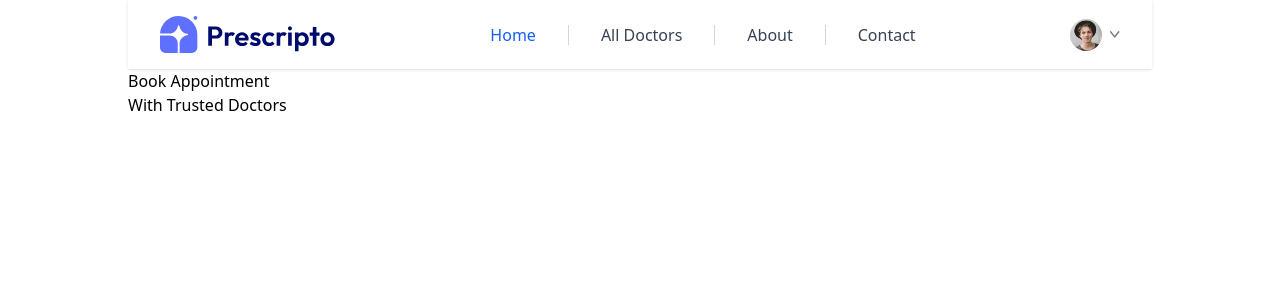
Repository: Pran2535/appointement_booking
Page: / (app in frontend/)
An editor plug-in stored every save of this project. The page is shown before and after the next save, followed by the edit.
The browser window is 1280 px wide. The pictures show the whole page.
The project was rebuilt for these pictures with package versions that can differ from the ones it lists, and the page was loaded fresh each time. Also part of the build but not shown: frontend/vite.config.js, frontend/src/pages/About.jsx, frontend/src/pages/MyAppointments.jsx, frontend/src/pages/Doctors.jsx, frontend/src/pages/Login.jsx, frontend/src/pages/Contact.jsx, frontend/src/pages/MyProfile.jsx, frontend/src/pages/Appointment.jsx.

Above is the page before, as saved 2025-02-16 20:49:17.

### frontend/index.html
<!doctype html>
<html lang="en">
  <head>
    <meta charset="UTF-8" />
    <link rel="icon" type="image/svg+xml" href="/vite.svg" />
    <meta name="viewport" content="width=device-width, initial-scale=1.0" />
    <title>Mishra healthcare</title>
  </head>
  <body>
    <div id="root"></div>
    <script type="module" src="/src/main.jsx"></script>
  </body>
</html>

### frontend/src/main.jsx
import { StrictMode } from 'react'
import { createRoot } from 'react-dom/client'
import './index.css'
import App from './App.jsx'
import { BrowserRouter } from 'react-router-dom'

createRoot(document.getElementById('root')).render(
<BrowserRouter>
    <App />
  </BrowserRouter>,
)

### frontend/src/App.jsx
import React from 'react'
import { Route, Routes } from 'react-router-dom'
import Home from './pages/Home'
import About from './pages/About'
import MyAppointments from './pages/MyAppointments'
import Doctors from './pages/Doctors'
import Login from './pages/Login'
import Contact from './pages/Contact'
import MyProfile from './pages/MyProfile'
import Appointment from './pages/Appointment'
import Navbar from './components/Navbar'

const App = () => {
  return (
    <div className='mx-4 sm:mx-[10%]'>
      <Navbar/>{ /* mounted navbar component before routes so that it gets displayed over the all routes */}
      <Routes>
        <Route path='/' element={<Home />} />
        <Route path='/about' element={<About />} />
        <Route path='/my-appointments' element={<MyAppointments />} />
        <Route path='/doctors' element={<Doctors/>}/>
        <Route path='/doctors/:speciality' element={<Doctors/>}/>
        <Route path ='/login' element={<Login/>}/>
        <Route path='/contact' element={<Contact/>}/>
        <Route path ='/my-profile' element={<MyProfile/>}/>
        <Route path ='/appointments/:docId' element={<Appointment/>}/>
      </Routes>
    </div>
  )
}

export default App

### frontend/src/pages/Home.jsx
import React from 'react'
import Header from '../components/Header'

const Home = () => {
  return (
    <div>
      <Header/>
    </div>
  )
}

export default Home

### frontend/src/components/Navbar.jsx
import React, { useState } from 'react'
import { NavLink, useNavigate } from 'react-router-dom'
import { assets } from '../assets/assets'

const links = [
  { to: '/', label: 'Home' },
  { to: '/doctors', label: 'All Doctors' },
  { to: '/about', label: 'About' },
  { to: '/contact', label: 'Contact' }
]

const Navbar = () => {
  const navigate = useNavigate();
  const [showMenu, setShowMenu]=useState(false);
  const [token,setToken]=useState(true);


  return (
    <nav className="sticky top-0 bg-white shadow-sm z-50">
      <div className="max-w-7xl mx-auto px-4 sm:px-6 lg:px-8 py-4 flex items-center justify-between">
        {/* Logo */}
        <div className="flex-shrink-0">
          <img
            className="w-32 md:w-40 lg:w-44 h-auto cursor-pointer transition-transform hover:scale-105"
            src={assets.logo}
            alt="Company Logo"
          />
        </div>

        {/* Navigation Links */}
        <div className="hidden md:block">
          <ul className="flex items-center space-x-8">
            {links.map((l, i) => (
              <React.Fragment key={l.to}>
                <NavLink
                  to={l.to}
                  className={({ isActive }) =>
                    `font-medium transition-colors duration-200 hover:text-blue-600 ${
                      isActive ? 'text-blue-600' : 'text-gray-700'
                    }`
                  }
                >
                  {l.label}
                </NavLink>
                {i < links.length - 1 && (
                  <div className="h-5 w-px bg-gray-300" aria-hidden="true" />
                )}
              </React.Fragment>
            ))}
          </ul>
        </div>

        {/* CTA Button */}
        <div className="flex items-center gap-4">
            {
                token?
                <div className='flex items-center gap-2 cursor-pointer group relative' >
                    <img className='w-8 rounded-full' src={assets.profile_pic} alt="" />
                    <img className='w-2.5 ' src={assets.dropdown_icon} alt="" />
                    <div className='absolute top-0 right-0 pt-14 text-base font-medium text-gray-600 z-20 hidden group-hover:block'>
                        <div className='min-w-48 bg-stone-100 rounded flex flex-col gap-4 p-4'>
                            <p onClick={()=>navigate('/my-appointments')} className='hover:text-black cursor-pointer'>My Appointments</p>
                            <p onClick={()=>navigate('/my-profile')} className='hover:text-black cursor-pointer'>My Profile</p>
                            <p onClick={()=>setToken(false)} className='hover:text-black cursor-pointer'>Logout</p>
                        </div>
                    </div>
                </div>

                :
                 <button
            onClick={() => navigate('/login')}
            className="hidden cursor-pointer md:block bg-blue-600 hover:bg-blue-700 text-white px-6 py-3 rounded-full font-semibold transition-colors duration-200 focus:outline-none focus:ring-2 focus:ring-blue-500 focus:ring-offset-2 shadow-md"
          >
            Create Account
          </button>
            }

        </div>
      </div>
    </nav>
  )
}

export default Navbar

### frontend/src/components/Header.jsx
import React from 'react'

const Header = () => {
  return (
    <div>
      {/* { left side } */}
      <div className="">
<p>Book Appointment <br /> With Trusted Doctors</p>
      </div>
{/* { right side } */}
<div className="">

</div>
    </div>
  )
}

export default Header

### frontend/src/assets/assets.js
import appointment_img from './appointment_img.png'
import header_img from './header_img.png'
import group_profiles from './group_profiles.png'
import profile_pic from './profile_pic.png'
import contact_image from './contact_image.png'
import about_image from './about_image.png'
import logo from './logo.svg'
import dropdown_icon from './dropdown_icon.svg'
import menu_icon from './menu_icon.svg'
import cross_icon from './cross_icon.png'
import chats_icon from './chats_icon.svg'
import verified_icon from './verified_icon.svg'
import arrow_icon from './arrow_icon.svg'
import info_icon from './info_icon.svg'
import upload_icon from './upload_icon.png'
import stripe_logo from './stripe_logo.png'
import razorpay_logo from './razorpay_logo.png'
import doc1 from './doc1.png'
import doc2 from './doc2.png'
import doc3 from './doc3.png'
import doc4 from './doc4.png'
import doc5 from './doc5.png'
import doc6 from './doc6.png'
import doc7 from './doc7.png'
import doc8 from './doc8.png'
import doc9 from './doc9.png'
import doc10 from './doc10.png'
import doc11 from './doc11.png'
import doc12 from './doc12.png'
import doc13 from './doc13.png'
import doc14 from './doc14.png'
import doc15 from './doc15.png'
import Dermatologist from './Dermatologist.svg'
import Gastroenterologist from './Gastroenterologist.svg'
import General_physician from './General_physician.svg'
import Gynecologist from './Gynecologist.svg'
import Neurologist from './Neurologist.svg'
import Pediatricians from './Pediatricians.svg'


export const assets = {
    appointment_img,
    header_img,
    group_profiles,
    logo,
    chats_icon,
    verified_icon,
    info_icon,
    profile_pic,
    arrow_icon,
    contact_image,
    about_image,
    menu_icon,
    cross_icon,
    dropdown_icon,
    upload_icon,
    stripe_logo,
    razorpay_logo
}

export const specialityData = [
    {
        speciality: 'General physician',
        image: General_physician
    },
    {
        speciality: 'Gynecologist',
        image: Gynecologist
    },
    {
        speciality: 'Dermatologist',
        image: Dermatologist
    },
    {
        speciality: 'Pediatricians',
        image: Pediatricians
    },
    {
        speciality: 'Neurologist',
        image: Neurologist
    },
    {
        speciality: 'Gastroenterologist',
        image: Gastroenterologist
    },
]

export const doctors = [
    {
        _id: 'doc1',
        name: 'Dr. Richard James',
        image: doc1,
        speciality: 'General physician',
        degree: 'MBBS',
        experience: '4 Years',
        about: 'Dr. Davis has a strong commitment to delivering comprehensive medical care, focusing on preventive medicine, early diagnosis, and effective treatment strategies. Dr. Davis has a strong commitment to delivering comprehensive medical care, focusing on preventive medicine, early diagnosis, and effective treatment strategies.',
        fees: 50,
        address: {
            line1: '17th Cross, Richmond',
            line2: 'Circle, Ring Road, London'
        }
    },
    {
        _id: 'doc2',
        name: 'Dr. Emily Larson',
        image: doc2,
        speciality: 'Gynecologist',
        degree: 'MBBS',
        experience: '3 Years',
        about: 'Dr. Davis has a strong commitment to delivering comprehensive medical care, focusing on preventive medicine, early diagnosis, and effective treatment strategies. Dr. Davis has a strong commitment to delivering comprehensive medical care, focusing on preventive medicine, early diagnosis, and effective treatment strategies.',
        fees: 60,
        address: {
            line1: '27th Cross, Richmond',
            line2: 'Circle, Ring Road, London'
        }
    },
    {
        _id: 'doc3',
        name: 'Dr. Sarah Patel',
        image: doc3,
        speciality: 'Dermatologist',
        degree: 'MBBS',
        experience: '1 Years',
        about: 'Dr. Davis has a strong commitment to delivering comprehensive medical care, focusing on preventive medicine, early diagnosis, and effective treatment strategies. Dr. Davis has a strong commitment to delivering comprehensive medical care, focusing on preventive medicine, early diagnosis, and effective treatment strategies.',
        fees: 30,
        address: {
            line1: '37th Cross, Richmond',
            line2: 'Circle, Ring Road, London'
        }
    },
    {
        _id: 'doc4',
        name: 'Dr. Christopher Lee',
        image: doc4,
        speciality: 'Pediatricians',
        degree: 'MBBS',
        experience: '2 Years',
        about: 'Dr. Davis has a strong commitment to delivering comprehensive medical care, focusing on preventive medicine, early diagnosis, and effective treatment strategies. Dr. Davis has a strong commitment to delivering comprehensive medical care, focusing on preventive medicine, early diagnosis, and effective treatment strategies.',
        fees: 40,
        address: {
            line1: '47th Cross, Richmond',
            line2: 'Circle, Ring Road, London'
        }
    },
    {
        _id: 'doc5',
        name: 'Dr. Jennifer Garcia',
        image: doc5,
        speciality: 'Neurologist',
        degree: 'MBBS',
        experience: '4 Years',
        about: 'Dr. Davis has a strong commitment to delivering comprehensive medical care, focusing on preventive medicine, early diagnosis, and effective treatment strategies. Dr. Davis has a strong commitment to delivering comprehensive medical care, focusing on preventive medicine, early diagnosis, and effective treatment strategies.',
        fees: 50,
        address: {
            line1: '57th Cross, Richmond',
            line2: 'Circle, Ring Road, London'
        }
    },
    {
        _id: 'doc6',
        name: 'Dr. Andrew Williams',
        image: doc6,
        speciality: 'Neurologist',
        degree: 'MBBS',
        experience: '4 Years',
        about: 'Dr. Davis has a strong commitment to delivering comprehensive medical care, focusing on preventive medicine, early diagnosis, and effective treatment strategies. Dr. Davis has a strong commitment to delivering comprehensive medical care, focusing on preventive medicine, early diagnosis, and effective treatment strategies.',
        fees: 50,
        address: {
            line1: '57th Cross, Richmond',
            line2: 'Circle, Ring Road, London'
        }
    },
    {
        _id: 'doc7',
        name: 'Dr. Christopher Davis',
        image: doc7,
        speciality: 'General physician',
        degree: 'MBBS',
        experience: '4 Years',
        about: 'Dr. Davis has a strong commitment to delivering comprehensive medical care, focusing on preventive medicine, early diagnosis, and effective treatment strategies. Dr. Davis has a strong commitment to delivering comprehensive medical care, focusing on preventive medicine, early diagnosis, and effective treatment strategies.',
        fees: 50,
        address: {
            line1: '17th Cross, Richmond',
            line2: 'Circle, Ring Road, London'
        }
    },
    {
        _id: 'doc8',
        name: 'Dr. Timothy White',
        image: doc8,
        speciality: 'Gynecologist',
        degree: 'MBBS',
        experience: '3 Years',
        about: 'Dr. Davis has a strong commitment to delivering comprehensive medical care, focusing on preventive medicine, early diagnosis, and effective treatment strategies. Dr. Davis has a strong commitment to delivering comprehensive medical care, focusing on preventive medicine, early diagnosis, and effective treatment strategies.',
        fees: 60,
        address: {
            line1: '27th Cross, Richmond',
            line2: 'Circle, Ring Road, London'
        }
    },
    {
        _id: 'doc9',
        name: 'Dr. Ava Mitchell',
        image: doc9,
        speciality: 'Dermatologist',
        degree: 'MBBS',
        experience: '1 Years',
        about: 'Dr. Davis has a strong commitment to delivering comprehensive medical care, focusing on preventive medicine, early diagnosis, and effective treatment strategies. Dr. Davis has a strong commitment to delivering comprehensive medical care, focusing on preventive medicine, early diagnosis, and effective treatment strategies.',
        fees: 30,
        address: {
            line1: '37th Cross, Richmond',
            line2: 'Circle, Ring Road, London'
        }
    },
    {
        _id: 'doc10',
        name: 'Dr. Jeffrey King',
        image: doc10,
        speciality: 'Pediatricians',
        degree: 'MBBS',
        experience: '2 Years',
        about: 'Dr. Davis has a strong commitment to delivering comprehensive medical care, focusing on preventive medicine, early diagnosis, and effective treatment strategies. Dr. Davis has a strong commitment to delivering comprehensive medical care, focusing on preventive medicine, early diagnosis, and effective treatment strategies.',
        fees: 40,
        address: {
            line1: '47th Cross, Richmond',
            line2: 'Circle, Ring Road, London'
        }
    },
    {
        _id: 'doc11',
        name: 'Dr. Zoe Kelly',
        image: doc11,
        speciality: 'Neurologist',
        degree: 'MBBS',
        experience: '4 Years',
        about: 'Dr. Davis has a strong commitment to delivering comprehensive medical care, focusing on preventive medicine, early diagnosis, and effective treatment strategies. Dr. Davis has a strong commitment to delivering comprehensive medical care, focusing on preventive medicine, early diagnosis, and effective treatment strategies.',
        fees: 50,
        address: {
            line1: '57th Cross, Richmond',
            line2: 'Circle, Ring Road, London'
        }
    },
    {
        _id: 'doc12',
        name: 'Dr. Patrick Harris',
        image: doc12,
        speciality: 'Neurologist',
        degree: 'MBBS',
        experience: '4 Years',
        about: 'Dr. Davis has a strong commitment to delivering comprehensive medical care, focusing on preventive medicine, early diagnosis, and effective treatment strategies. Dr. Davis has a strong commitment to delivering comprehensive medical care, focusing on preventive medicine, early diagnosis, and effective treatment strategies.',
        fees: 50,
        address: {
            line1: '57th Cross, Richmond',
            line2: 'Circle, Ring Road, London'
        }
    },
    {
        _id: 'doc13',
        name: 'Dr. Chloe Evans',
        image: doc13,
        speciality: 'General physician',
        degree: 'MBBS',
        experience: '4 Years',
        about: 'Dr. Davis has a strong commitment to delivering comprehensive medical care, focusing on preventive medicine, early diagnosis, and effective treatment strategies. Dr. Davis has a strong commitment to delivering comprehensive medical care, focusing on preventive medicine, early diagnosis, and effective treatment strategies.',
        fees: 50,
        address: {
            line1: '17th Cross, Richmond',
            line2: 'Circle, Ring Road, London'
        }
    },
    {
        _id: 'doc14',
        name: 'Dr. Ryan Martinez',
        image: doc14,
        speciality: 'Gynecologist',
        degree: 'MBBS',
        experience: '3 Years',
        about: 'Dr. Davis has a strong commitment to delivering comprehensive medical care, focusing on preventive medicine, early diagnosis, and effective treatment strategies. Dr. Davis has a strong commitment to delivering comprehensive medical care, focusing on preventive medicine, early diagnosis, and effective treatment strategies.',
        fees: 60,
        address: {
            line1: '27th Cross, Richmond',
            line2: 'Circle, Ring Road, London'
        }
    },
    {
        _id: 'doc15',
        name: 'Dr. Amelia Hill',
        image: doc15,
        speciality: 'Dermatologist',
        degree: 'MBBS',
        experience: '1 Years',
        about: 'Dr. Davis has a strong commitment to delivering comprehensive medical care, focusing on preventive medicine, early diagnosis, and effective treatment strategies. Dr. Davis has a strong commitment to delivering comprehensive medical care, focusing on preventive medicine, early diagnosis, and effective treatment strategies.',
        fees: 30,
        address: {
            line1: '37th Cross, Richmond',
            line2: 'Circle, Ring Road, London'
        }
    },
]

Loaded but not shown: frontend/src/index.css (common file)

After the next save:
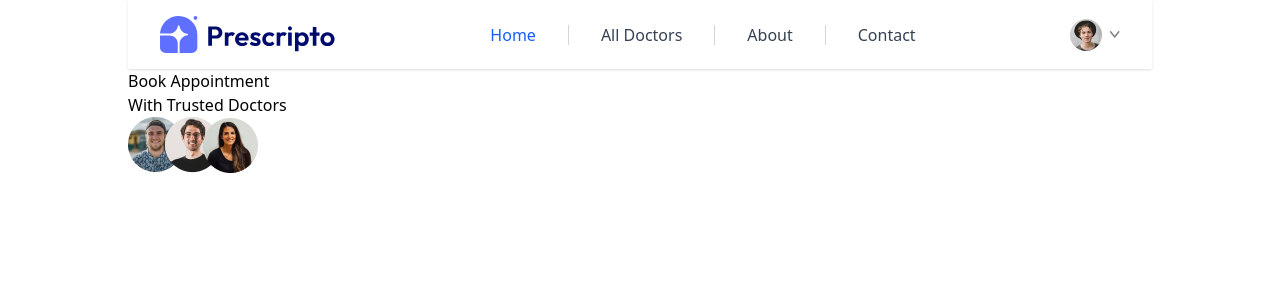
Saved 47 s later.
--- a/frontend/src/components/Header.jsx
+++ b/frontend/src/components/Header.jsx
@@ -1,11 +1,14 @@
 import React from 'react'
-
+import {assets} from '../assets/assets'
 const Header = () => {
   return (
     <div>
       {/* { left side } */}
       <div className="">
 <p>Book Appointment <br /> With Trusted Doctors</p>
+<div className="">
+    <img src={assets.group_profiles} alt="" />
+</div>
       </div>
 {/* { right side } */}
 <div className="">
